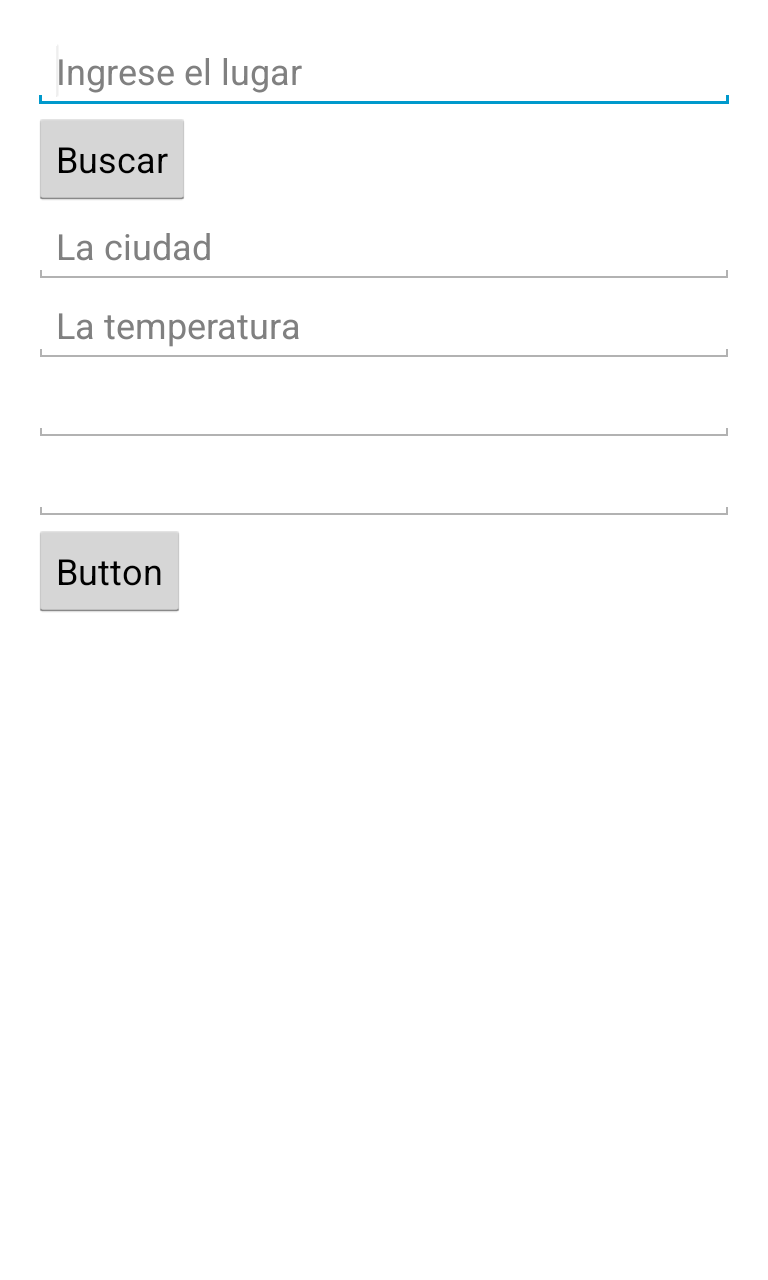
Repository: unmultimedio/android-cymetria-manizales
Layout: workspace/Weather/res/layout/fragment_main.xml
The author's editor kept a copy of each file at every save. The layout is drawn from the files as they stood at one save, then again after the next save.
It is drawn on a 768 x 1280 px phone screen (xhdpi) without system bars, with theme AppTheme; the app's code is not run.

Above is the layout before, as saved 2014-07-25 23:27:43.

After the next save:
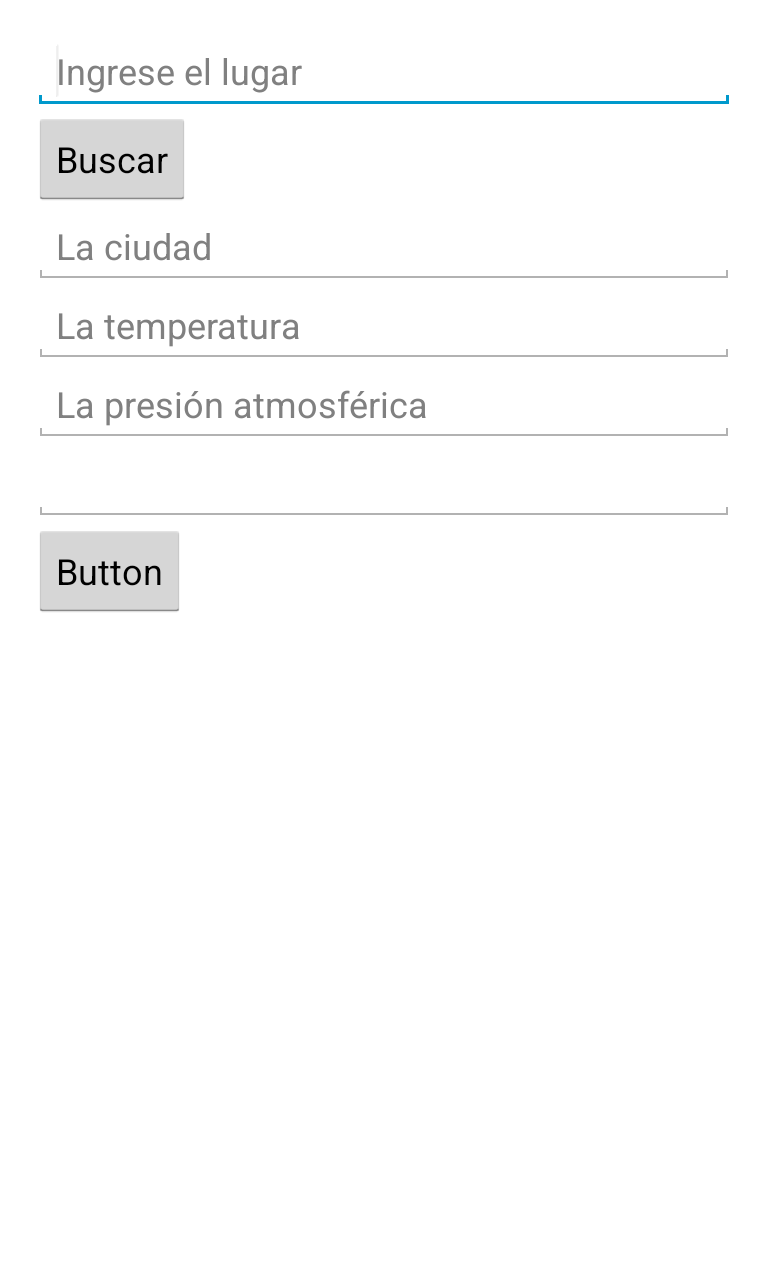
Saved 80 s later.
--- a/workspace/Weather/res/layout/fragment_main.xml
+++ b/workspace/Weather/res/layout/fragment_main.xml
@@ -44,7 +44,8 @@
         android:id="@+id/pressure"
         android:layout_width="match_parent"
         android:layout_height="wrap_content"
-        android:ems="10" />
+        android:ems="10"
+        android:hint="La presión atmosférica" />
 
     <EditText
         android:id="@+id/editText5"
